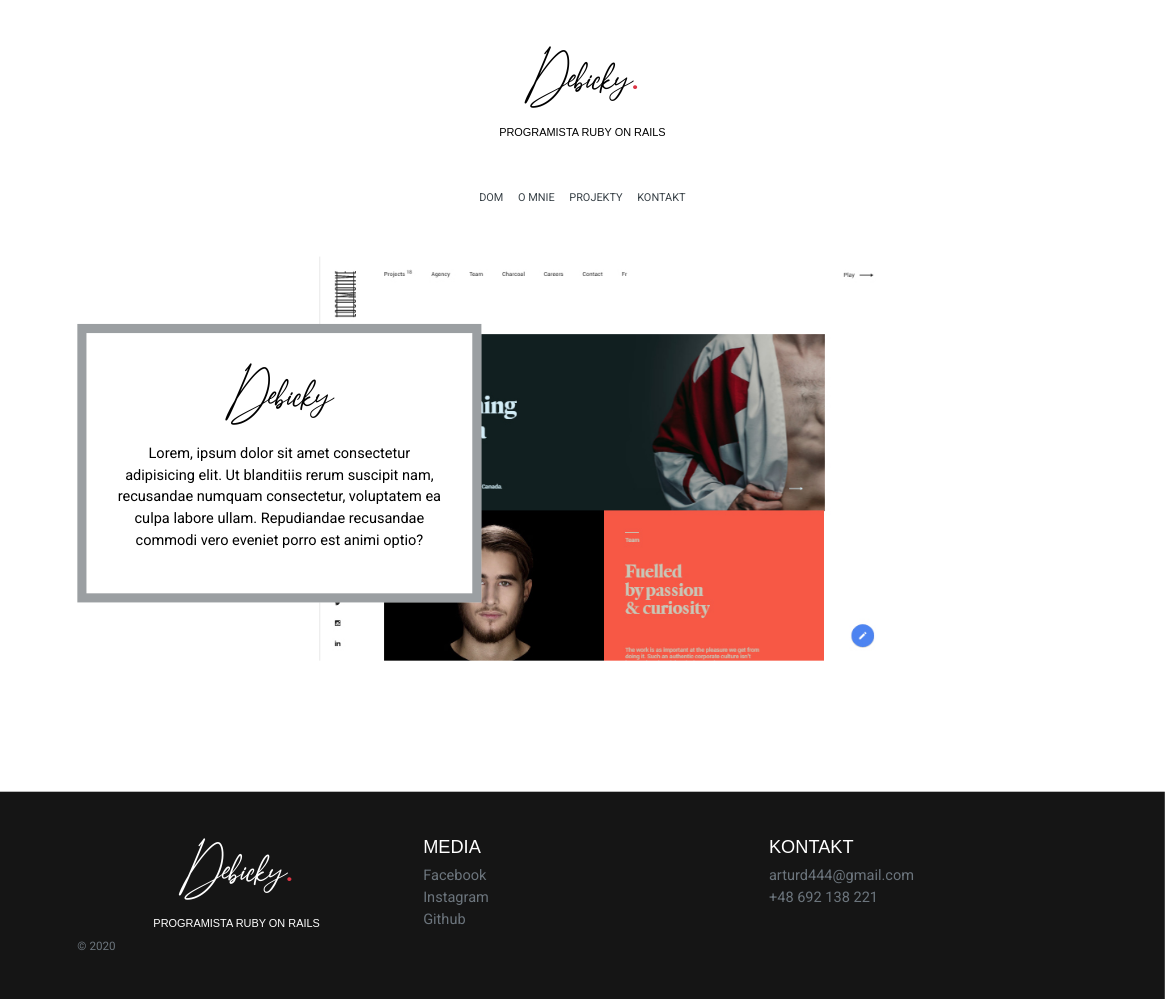
Repository: debicky/debicky.github.io
Page: index.html
These files come from the project's save history. The page is drawn as it stood at one moment and after the next save; the edit follows.
The browser window is 1280 px wide. The pictures show the whole page, at 91% of full size.
Some web fonts or font styles are not loaded; a fallback is used. Some web libraries are served in a nearby version.

Above is the page before, as saved 2020-06-10 11:12:00.

### index.html
<!DOCTYPE html>
<html lang="en">
<head>
  <meta charset="UTF-8">
  <meta name="viewport" content="width=device-width, initial-scale=1.0">
  <title>Debicky</title>
  <link rel="stylesheet" href="https://stackpath.bootstrapcdn.com/bootstrap/4.5.0/css/bootstrap.min.css" integrity="sha384-9aIt2nRpC12Uk9gS9baDl411NQApFmC26EwAOH8WgZl5MYYxFfc+NcPb1dKGj7Sk" crossorigin="anonymous">
  <link rel="stylesheet" href="https://cdnjs.cloudflare.com/ajax/libs/font-awesome/5.11.2/css/all.min.css">
  <link rel="stylesheet" href="styles.css">
</head>
<body>


  <header>
    <a href="index.html">
      <div class="signature">
        <h5 class="signature-heading">Debicky<span class="text-danger font-weight-bolder">.</span></h5>
        <h3 class="signature-subhead">Programista Ruby on Rails</h3>
      </div>
    </a>
  </header>

  <div class="container">
    <nav class="navbar navbar-expand-md p-0 rounded">
      <button class="navbar-toggler" type="button" data-toggle="collapse" data-target="#navbarSupportedContent" aria-controls="navbarSupportedContent" aria-expanded="false" aria-label="Toggle navigation">
        <i class="fas fa-bars"></i>
        <i class="fas fa-times"></i>
      </button>

      <div class="collapse navbar-collapse d-md-flex justify-content-center" id="navbarSupportedContent">
        <ul class="navbar-nav">
          <li class="nav-item active">
            <a class="nav-link" href="index.html">Dom</a>
          </li>
          <li class="nav-item">
            <a class="nav-link" href="#">O mnie</a>
          </li>
          <li class="nav-item">
            <a class="nav-link" href="#">Projekty</a>
          </li>
          <li class="nav-item">
            <a class="nav-link" href="#">Kontakt</a>
          </li>
        </ul>
      </div>
    </nav>
  </div>

  <section class="about py-5">
    <div class="container">
      <div class="about-content">
        <div class="about-description">
          <div class="signature">
            <h5 class="signature-heading">Debicky</h5>
            <p>Lorem, ipsum dolor sit amet consectetur adipisicing elit. Ut blanditiis rerum suscipit nam, recusandae numquam consectetur, voluptatem ea culpa labore ullam. Repudiandae recusandae commodi vero eveniet porro est animi optio?</p>
          </div>
        </div>
        <div class="about-image">
          <a href="/images/1.jpeg">
            <img src="/images/2.jpeg" alt="img1">
          </a>
        </div>
      </div>
    </div>
  </section>


  <section class="projects py-5">


  </section>


  <footer class="py-5">
    <div class="container">
      <div class="row">
        <div class="col-12 col-md-5 col-lg-4 mb-5 mb-md-0">
          <a href="index.html">
            <div class="signature">
              <h5 class="signature-heading">Debicky<span class="text-danger font-weight-bolder">.</span></h5>
              <h3 class="signature-subhead">Programista Ruby on Rails</h3>
            </div>
          </a>
          <small class="d-block mt-2 text-muted">&copy; 2020</small>
        </div>
        <div class="col-12 col-md-5 col-lg-4 mb-5 mb-md-0">
          <h5 class="text-uppercase">Media</h5>
          <ul class="list-unstyled mb-0">
            <li>
              <a href="https://www.facebook.com/artur.debicki.5" class="text-muted">Facebook</a>
            </li>
            <li>
              <a href="https://www.instagram.com/debicky" class="text-muted">Instagram</a>
            </li>
            <li>
              <a href="https://github.com/debicky" class="text-muted">Github</a>
            </li>
          </ul>
        </div>
        <div class="col-12 col-md-5 col-lg-4">
          <h5 class="text-uppercase">Kontakt</h5>
              <ul class="list-unstyled text-small mb-0">
                <li>
                  <a href="mailto:arturd444@gmail.com" class="text-muted">arturd444@gmail.com</a>
                </li>
                <li>
                  <p class="text-muted">+48 692 138 221</p>
                </li>
              </ul>
        </div>
      </div>
    </div>
  </footer>



  <script src="https://code.jquery.com/jquery-3.5.1.slim.min.js" integrity="sha384-DfXdz2htPH0lsSSs5nCTpuj/zy4C+OGpamoFVy38MVBnE+IbbVYUew+OrCXaRkfj" crossorigin="anonymous"></script>
  <script src="https://cdn.jsdelivr.net/npm/popper.js@1.16.0/dist/umd/popper.min.js" integrity="sha384-Q6E9RHvbIyZFJoft+2mJbHaEWldlvI9IOYy5n3zV9zzTtmI3UksdQRVvoxMfooAo" crossorigin="anonymous"></script>
  <script src="https://stackpath.bootstrapcdn.com/bootstrap/4.5.0/js/bootstrap.min.js" integrity="sha384-OgVRvuATP1z7JjHLkuOU7Xw704+h835Lr+6QL9UvYjZE3Ipu6Tp75j7Bh/kR0JKI" crossorigin="anonymous"></script>
  <script src="script.js"></script>

</body>
</html>

### styles.css
@import url('https://fonts.googleapis.com/css?family=Playfair+Display+SC|Roboto:300,400&display=swap');

@font-face {
  font-family: "AmostelySignature";
  src: url("/fonts/AmostelySignature.ttf");
  }

body, html {
  font-family: "Roboto", sans-serif;
}

a:hover {
  text-decoration: none;;
}

/* Heading & nav  */

header{
  height: 200px;
  width: 100%;
  display: flex;
  align-items: center;
  justify-content: center;
}

.signature{
  color: black;
  text-align: center;
  user-select: none;
}

.signature-heading{
  font-family: 'AmostelySignature', cursive;
  font-size: 50px;
  margin-bottom: 30px;
}

.signature-subhead{
  font-family: 'Playfair Display SC', sans-serif;
  font-size: 12px;
  text-transform: uppercase;
  margin-bottom: 0;
}

.navbar{
  background-color: #384147;
}

.navbar-toggler i{
  color: #fff;
  font-size: 25px;
}

.navbar-toggler .fa-times{
  display: none;
}

.navbar-toggler.menu-open  .fa-bars{
  display: none;
}

.navbar-toggler.menu-open  .fa-times{
  display: block;
}

.navbar-nav{
  padding: 20px;
}

.nav-link{
  color: #fff;
  text-transform: uppercase;
  transition: opacity .5s;
  font-size: 12px;
}

.nav-link:hover{
  color: maroon;
}

/* About */

.about-content{
  display: flex;
  flex-direction: column;
}

.about-description{
  width: 100%;
  background-color: #fff;
  padding: 40px;
  outline: 5px solid rgba(56, 65, 71, 0.5);
  outline-offset: -5px;
  order: 2;
  margin-top: 5px;
}

.about-image{
  order: 1;
}

.about-image img{
  width: 100%;
  height: auto;
  display: block;
}

.about-image a::after{
  font-family: 'Font Awesome 5 Free';
  content: "\f35d";
  font-weight: 600;
  position: absolute;
  top: 50%;
  left: 50%;
  transform: translate(-50%, -50%);
  color: maroon;
  font-size: 25px;
  z-index: 101;
  width: 70px;
  height: 70px;
  border: 3px solid #fff;
  border-radius: 100%;
  display: flex;
  align-items: center;
  justify-content: center;
  opacity: 0;
  transition: opacity .5s;
}

.about-image a:hover::after{
  opacity: .7;
}

/* Footer */

footer {
  background-color: #151515;
}

footer h5, footer h3{
  color: #fff;
  font-family: 'Playfair Display SC', sans-serif;
}

a.text-muted:hover{
  color: maroon !important;
}

@media screen and (min-width: 768px) {
  .navbar{
    background-color: transparent;
  }
  .navbar-nav{
    padding: 0;
  }
  .nav-link{
    color: #384147;
  }

  nav:hover .nav-link:not(:hover){
    opacity: .5;
  }

  .about-content{
    position: relative;
    display: block;
  }

  .about-description{
    position: absolute;
    top: 80%;
    transform: translateY(-50%);
    width: 60%;
    outline-offset: -10px;
  }

  .about-image img{
    width: 70%;
    margin-left: auto;
  }
}

@media screen and (min-width: 1200px) {
  .about-description{
    top: 50%;
    width: 40%;
    outline: 10px solid rgba(56, 65, 71, 0.5);
    offset: -20px;
  }

  .about-image{
    width: 80%;
  }
}

### script.js
$('.navbar-toggler').on('click', function () {
  $(this).toggleClass('menu-open')
})

After the next save:
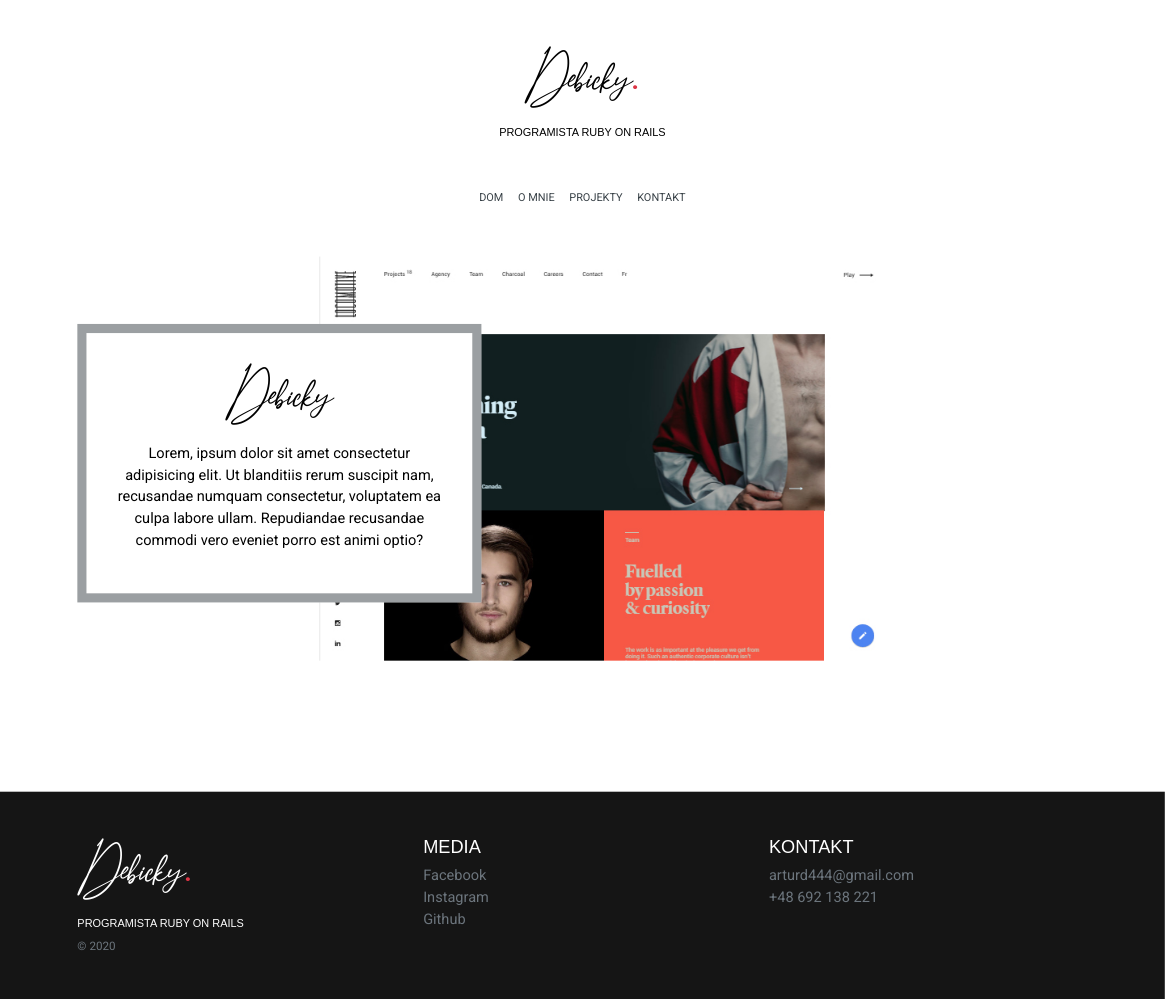
Saved 107 s later.
--- a/index.html
+++ b/index.html
@@ -76,7 +76,7 @@
       <div class="row">
         <div class="col-12 col-md-5 col-lg-4 mb-5 mb-md-0">
           <a href="index.html">
-            <div class="signature">
+            <div class="signature-footer">
               <h5 class="signature-heading">Debicky<span class="text-danger font-weight-bolder">.</span></h5>
               <h3 class="signature-subhead">Programista Ruby on Rails</h3>
             </div>

After the 4 saves that followed:
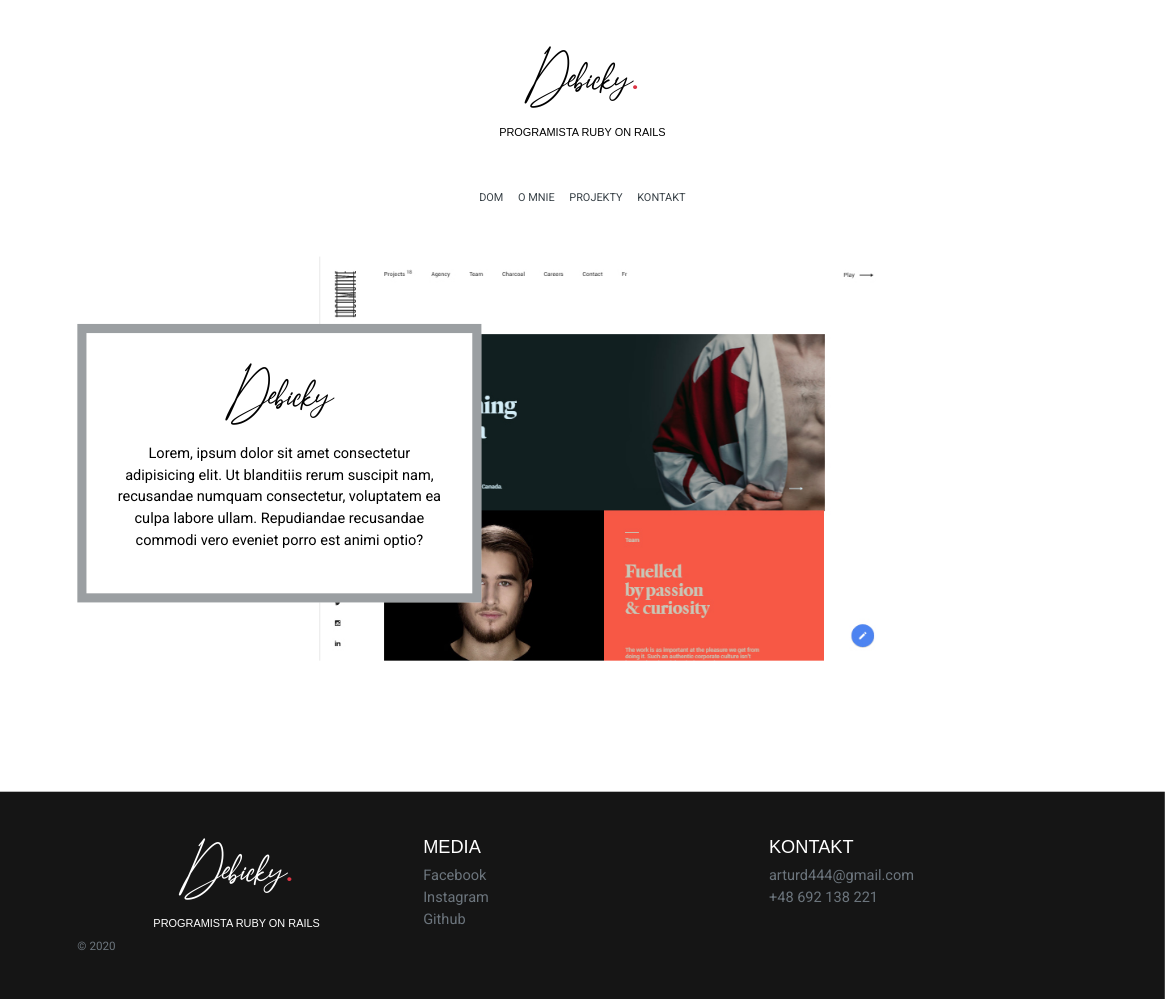
The 4 saves are shown as one change because 3 left the picture as it was.
The last was saved 65 s later.
--- a/styles.css
+++ b/styles.css
@@ -28,6 +28,7 @@ header{
   text-align: center;
   user-select: none;
 }
+
 
 .signature-heading{
   font-family: 'AmostelySignature', cursive;
@@ -133,6 +134,12 @@ header{
 
 /* Footer */
 
+.signature-footer{
+  color: black;
+  text-align: center;
+  user-select: none;
+}
+
 footer {
   background-color: #151515;
 }
